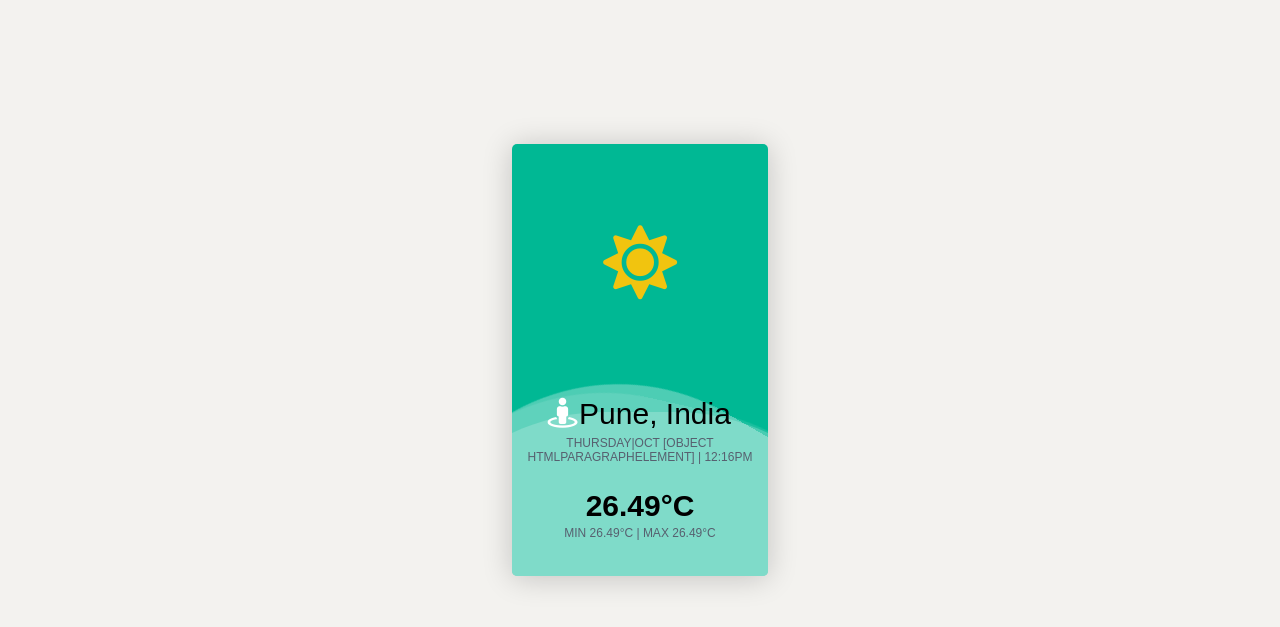
Repository: AalokJadhav/Weather_Website
Page: home.html
An editor plug-in stored every save of this project. The page is shown before and after the next save, followed by the edit.
The browser window is 1280 px wide. The pictures show the whole page.
Some web libraries are served in a nearby version.

Above is the page before, as saved 2020-11-02 12:14:59.

After the next save:
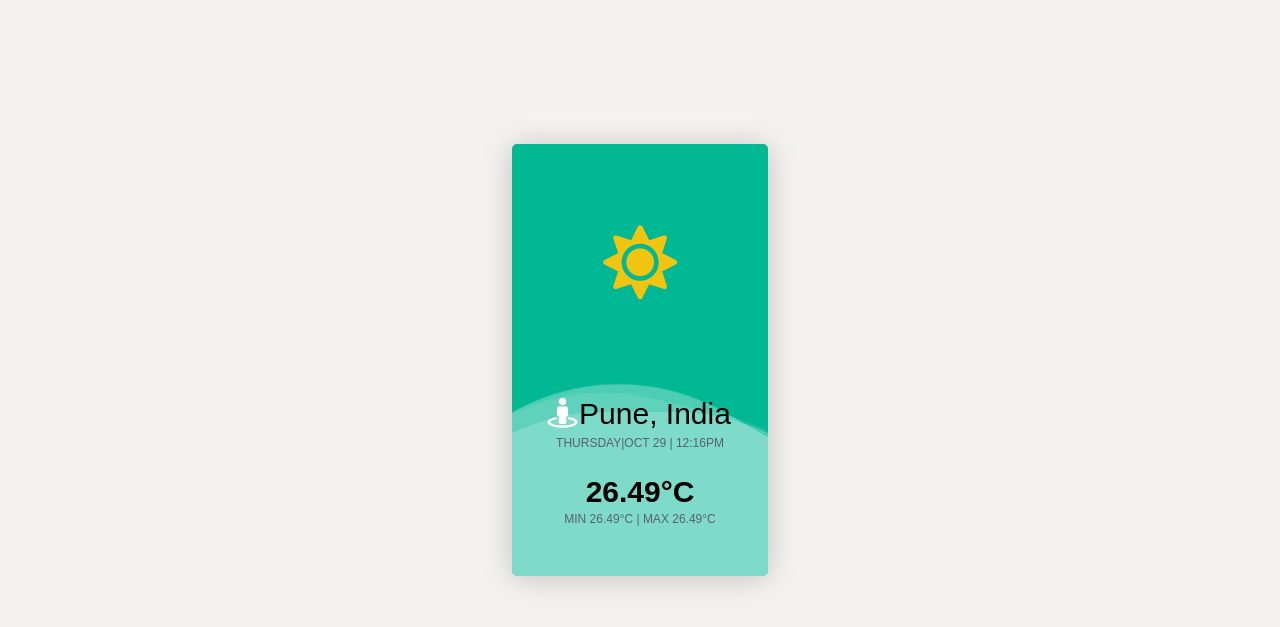
Saved 2 min 22 s later.
--- a/home.html
+++ b/home.html
@@ -268,7 +268,7 @@
 
             var now = new Date();
             var month = months[now.getMonth()];
-            var day = now.getDate();
+            var date = now.getDate();
 
             let hours = now.getHours();
             let mins = now .getMinutes()
